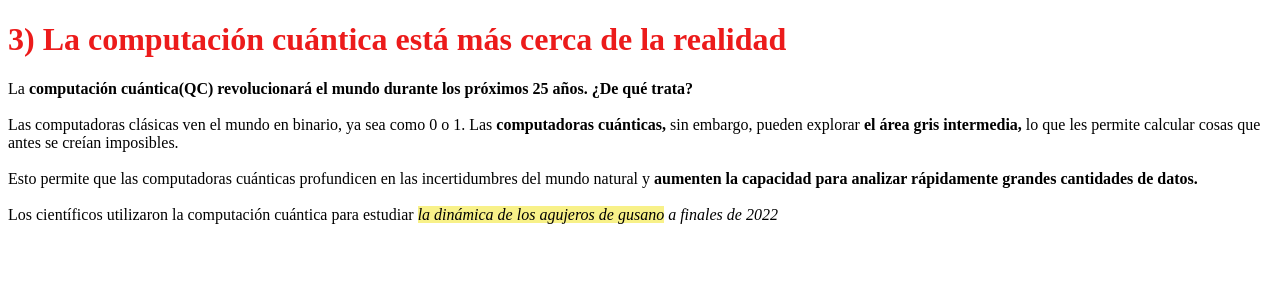
Repository: ThePerez/ArgProg
Page: Practicas ArgProg/Practica 1/ejercicio 8.html
An editor plug-in stored every save of this project. The page is shown before and after a run of saves, followed by the edit.
The browser window is 1280 px wide. The pictures show the whole page.

Above is the page before, as saved 2023-02-24 20:39:44.

### Practicas ArgProg/Practica 1/ejercicio 8.html
<!DOCTYPE html>
<html lang="es">
<head>
     <meta charset="UTF-8">
     <meta http-equiv="X-UA-Compatible" content="IE=edge">
     <meta name="viewport" content="width=device-width, initial-scale=1.0">
     <title>Ejercicio 8</title>
</head>

<body>
     <h1 style="color:rgb(236, 27, 27)">3) La computación cuántica está más cerca de la realidad </h1>
     <p>
          La <b>computación cuántica(QC) revolucionará el mundo durante los próximos 25 años. ¿De qué trata?</b>
          <br><br>
          Las computadoras clásicas ven el mundo en binario, ya sea como 0 o 1. Las <b>computadoras cuánticas,</b> sin
          embargo, pueden explorar <b>el área gris intermedia,</b> lo que les permite calcular cosas que antes se creían
          imposibles.
          <br><br>
          Esto permite que las computadoras cuánticas profundicen en las incertidumbres del mundo natural y <b>aumenten
               la capacidad para analizar rápidamente grandes cantidades de datos.</b>
          <br><br>
          Los científicos utilizaron la computación cuántica para estudiar <span
               style=background-color:#f8f189><i>la dinámica de los agujeros de gusano</span> a finales de 2022
     </p>
</body>

</html>

After the next 2 saves:
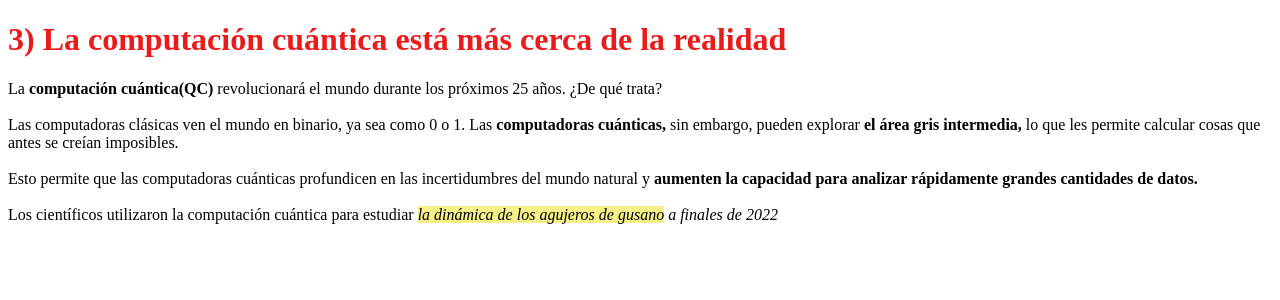
The 2 saves are shown as one change because they came seconds apart.
The last was saved 3 min 47 s later.
--- a/Practicas ArgProg/Practica 1/ejercicio 8.html
+++ b/Practicas ArgProg/Practica 1/ejercicio 8.html
@@ -10,7 +10,7 @@
 <body>
      <h1 style="color:rgb(236, 27, 27)">3) La computación cuántica está más cerca de la realidad </h1>
      <p>
-          La <b>computación cuántica(QC) revolucionará el mundo durante los próximos 25 años. ¿De qué trata?</b>
+          La <b>computación cuántica(QC)</b> revolucionará el mundo durante los próximos 25 años. ¿De qué trata?</b>
           <br><br>
           Las computadoras clásicas ven el mundo en binario, ya sea como 0 o 1. Las <b>computadoras cuánticas,</b> sin
           embargo, pueden explorar <b>el área gris intermedia,</b> lo que les permite calcular cosas que antes se creían
